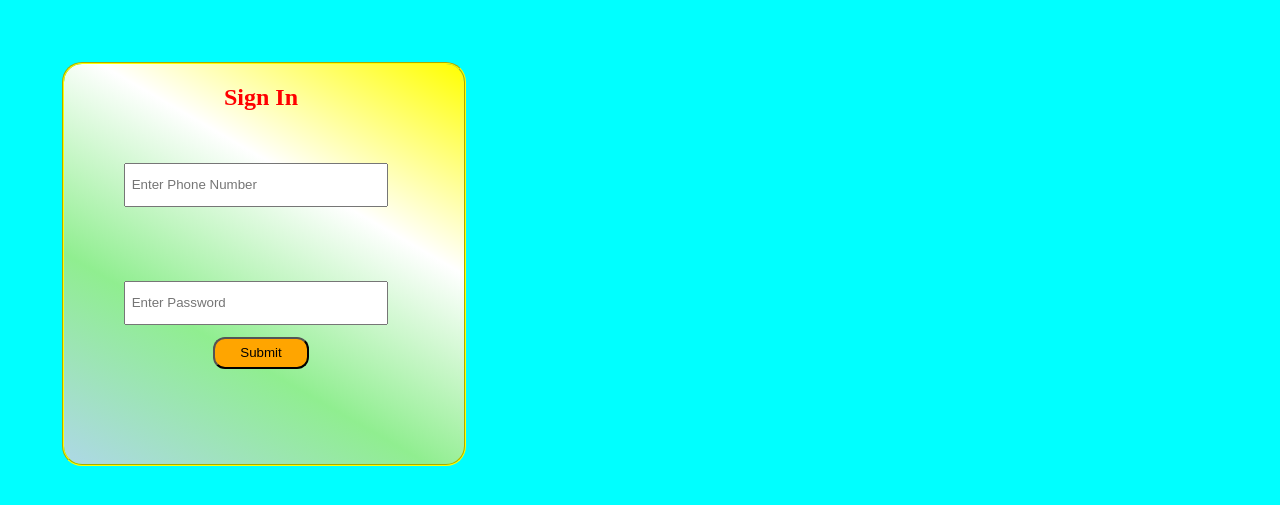
Repository: Amani-Kibet/express-app-web
Page: public/Card.html
The author's editor kept a copy of each file at every save. The page is drawn from the files as they stood at one save, then again after the next save.
The browser window is 1280 px wide. The pictures show the whole page.

Above is the page before, as saved 2025-09-25 21:27:38.

### public/Card.html
<!DOCTYPE html>
<head>
  <title> Login Page</title>
  <style>
  #board{
    background: linear-gradient(30deg, lightblue, lightgreen, white, yellow);
    width: 25rem;
    height: 25rem;
    border-radius: 18px;
    outline: 2px groove yellow;
    position: absolute;
    top: 4rem;
    left: 4rem;
  }
  h2{
    color: red;
    position: relative;
    left: 10rem
  }
  .inputs{
    width: 16rem;
    height: 38px;
    position: relative;
    left: 60px;
    margin-top: 2rem;
  }
  #submit{
    background: orange;
    position: relative;
    width: 6rem;
    height: 2rem;
    top: 50px;
    right: 8rem;
    border-radius: 12px;
    margin-top: 5rem;
  }
  </style>
</head>
<body bgColor="cyan">
  <div id="board">
    <h2>Sign In</h2>
    <input type="number" class="inputs" id="phoneI" placeholder=" Enter Phone Number">
    <input type="password" class="inputs" id="passI" placeholder=" Enter Password">
    <<button id="submit">Submit</button>
  </div>
</body>
<script>
  let input1= document.getElementById("input1");
  let btn1= document.getElementById("btn1");

  function f1(){
    let file= input1.files[0];
    let env= new FormData();
    env.append("image", file)

    fetch("http://localhost:3000/path1", {
      method: "POST",
      body: env
    })
  }


</script>
</html>

After the next save:
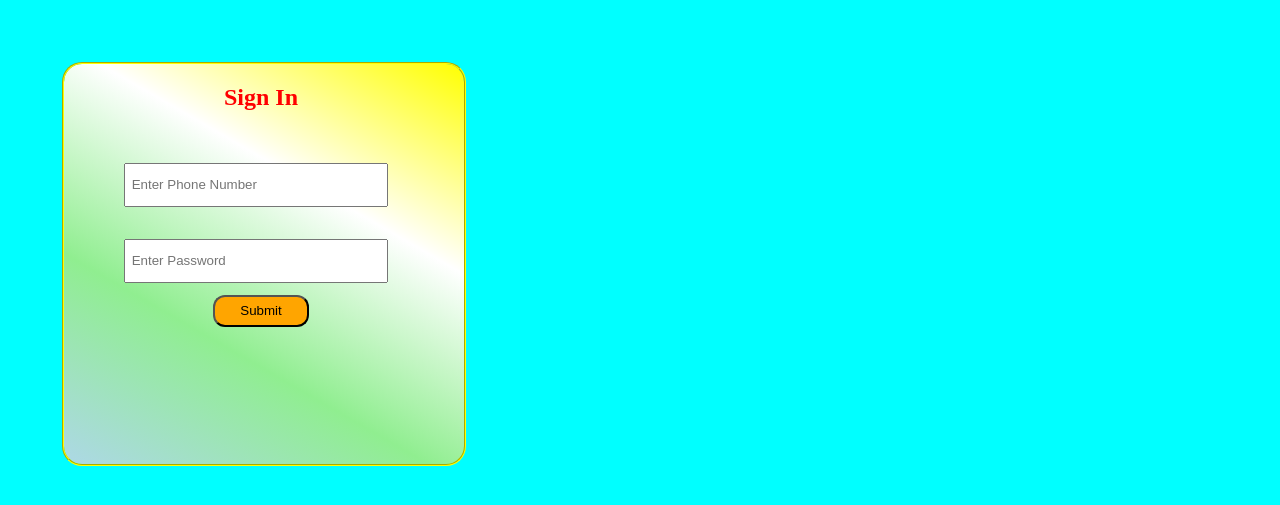
Saved 12 s later.
--- a/public/Card.html
+++ b/public/Card.html
@@ -32,7 +32,6 @@
     top: 50px;
     right: 8rem;
     border-radius: 12px;
-    margin-top: 5rem;
   }
   </style>
 </head>
